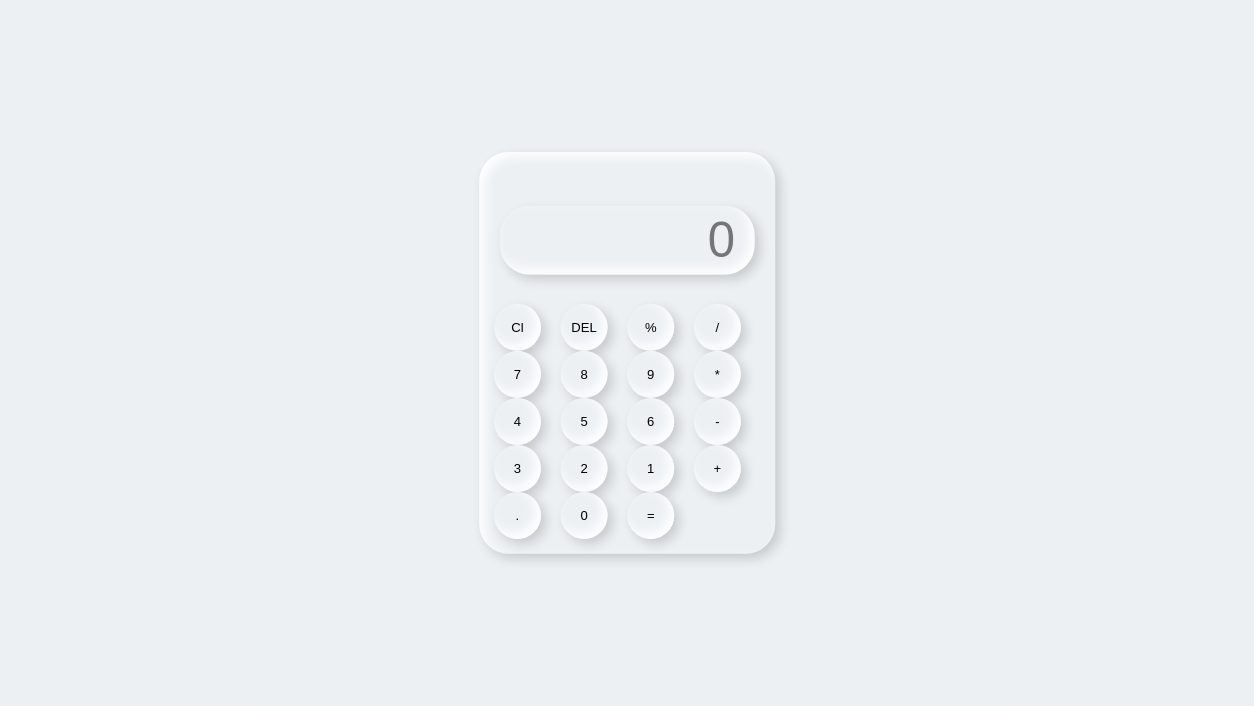
Repository: Mayur2905/OIBSIP
Page: Task-3/index.html
The author's editor kept a copy of each file at every save. The page is drawn from the files as they stood at one save, then again after the next save.
The browser window is 1280 px wide. The pictures show the whole page, at 98% of full size.

Above is the page before, as saved 2022-02-02 13:55:48.

### Task-3/index.html
<!DOCTYPE html>
<html lang="en">
<head>
    <meta charset="UTF-8">
    <meta http-equiv="X-UA-Compatible" content="IE=edge">
    <meta name="viewport" content="width=device-width, initial-scale=1.0">
    <title>Clauculator</title>
    <link rel="stylesheet" href="style.css">
</head>
<body>
    <div class="container">
        <div class="calculator">
            <input type="text" placeholder="0">
            <button onclick="Clear()">Cl</button>
            <button onclick="del()">DEL</button>
            <button onclick="dispaly('%')">%</button>
            <button onclick="dispaly('%')">/</button>
            <button onclick="dispaly('7')">7</button>
            <button onclick="dispaly('8')">8</button>
            <button onclick="dispaly('9')">9</button>
            <button onclick="dispaly('*')">*</button>
            <button onclick="dispaly('4')">4</button>
            <button onclick="dispaly('5')">5</button>
            <button onclick="dispaly('6')">6</button>
            <button onclick="dispaly('-')">-</button>
            <button onclick="dispaly('3')">3</button>
            <button onclick="dispaly('2')">2</button>
            <button onclick="dispaly('1')">1</button>
            <button onclick="dispaly('+')">+</button>
            <button onclick="dispaly('.')">.</button>
            <button onclick="dispaly('0')">0</button>
            <button onclick="Calculate()">=</button>
        </div>

    </div>
</body>
</html>

### Task-3/style.css
* {
  margin: 0;
  padding: 0;
  box-sizing: border-box;
  background-color: #ecf0f3;
  font-family: sans-serif;
  outline: none;
}
.container {
  height: 100vh;
  display: flex;
  justify-content: center;
  align-items: center;
}
.calculator {
  background-color: #ecf0f3;
  padding: 15px;
  border-radius: 30px;
  box-shadow: inset 5px 5px 12px #ffffff, 5px 5px 12px rgba(0, 0, 0, 0.16);
  display: grid;
  grid-template-columns: repeat(4, 68px);
}
input {
  grid-column: span 4;
  height: 70px;
  width: 260px;
  background-color: #ecf0f3;
  box-shadow: inset -5px -5px 12px #ffffff, 5px 5px 12px rgba(0, 0, 0, 0.16);
  border: none;
  border-radius: 30px;
  color: rgb(70, 70, 70);
  font-size: 50px;
  text-align: end;
  margin: auto;
  margin-top: 40px;
  margin-bottom: 30px;
  padding: 20px;
}

button {
  height: 48px;
  width: 48px;
  background-color: #ecf0f3;
  box-shadow: inset -5px -5px 12px #ffffff, 5px 5px 12px rgba(0, 0, 0, 0.16);
  border: none;
  border-radius: 50%;
}

After the next save:
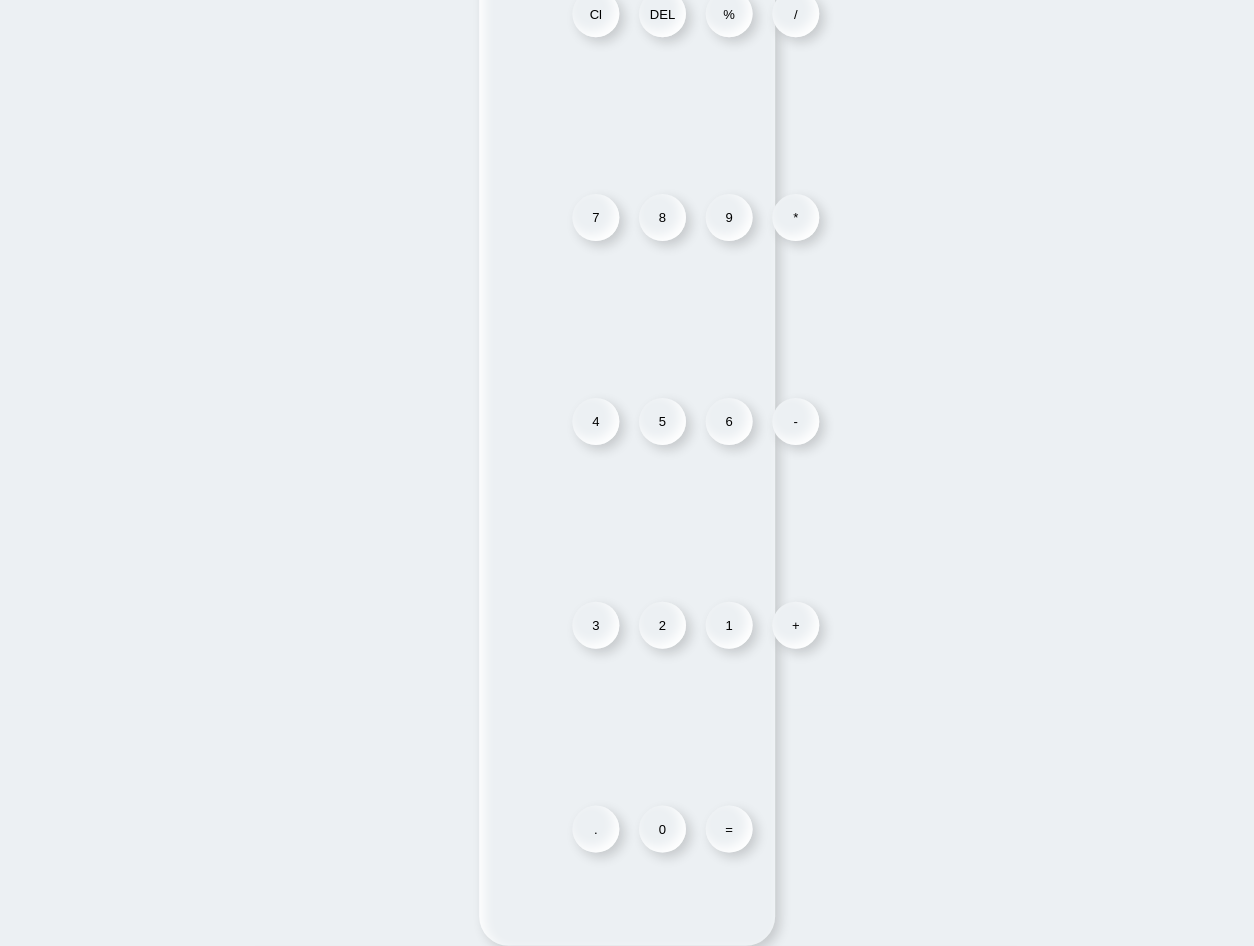
Saved 41 s later.
--- a/Task-3/style.css
+++ b/Task-3/style.css
@@ -44,4 +44,5 @@ button {
   box-shadow: inset -5px -5px 12px #ffffff, 5px 5px 12px rgba(0, 0, 0, 0.16);
   border: none;
   border-radius: 50%;
+  margin: 80px;
 }
